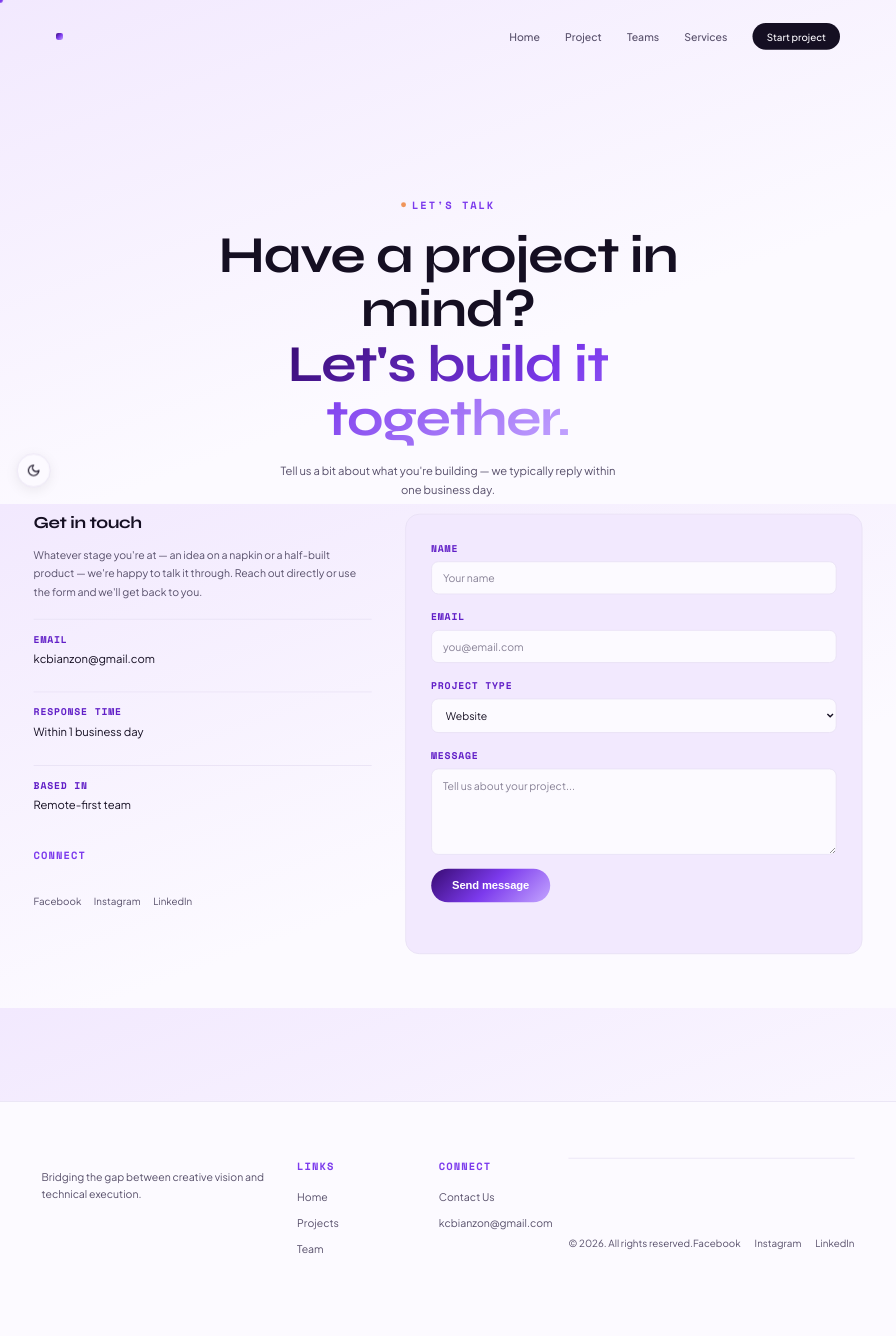
Repository: B4BTWO/Team-Portfolio
Page: contact.html
The author's editor kept a copy of each file at every save. The page is drawn from the files as they stood at one save, then again after the next save.
The browser window is 1280 px wide. The pictures show the whole page, at 70% of full size.
Backgrounds fixed to the window are drawn as part of the page.

Above is the page before, as saved 2026-07-21 19:37:23.

### contact.html
<!doctype html>
<html lang="en">
  <head>
    <meta charset="UTF-8" />
    <meta name="viewport" content="width=device-width, initial-scale=1.0" />
    <title>Contact</title>
    <link rel="preconnect" href="https://fonts.googleapis.com" />
    <link rel="preconnect" href="https://fonts.gstatic.com" crossorigin />
    <link
      href="https://fonts.googleapis.com/css2?family=Syne:wght@700;800&family=Plus+Jakarta+Sans:wght@400;500;600&family=Space+Mono:wght@400;700&display=swap"
      rel="stylesheet"
    />
    <link rel="stylesheet" href="style.css?v=1.3" />
    <link
      rel="stylesheet"
      href="https://cdn.jsdelivr.net/gh/devicons/devicon@latest/devicon.min.css"
    />
    <style>
      /* Instant, zero-JS curtain wipe animation on page load */
      .curtain-wipe {
        position: fixed;
        top: 0;
        left: -20vw;
        width: 140vw;
        height: 100vh;
        background: linear-gradient(
          135deg,
          #7c3aed 0%,
          #5b21b6 50%,
          #2e1065 100%
        );
        z-index: 99999;
        pointer-events: none;
        transform: translateX(0%) skewX(-12deg);
        animation: curtain-wipe-out 0.45s cubic-bezier(0.16, 1, 0.3, 1) forwards;
      }
      @keyframes curtain-wipe-out {
        0% {
          transform: translateX(0%) skewX(-12deg);
        }
        100% {
          transform: translateX(-100%) skewX(-12deg);
        }
      }
    </style>
    <script>
      if (localStorage.getItem("theme") === "dark") {
        document.documentElement.classList.add("dark-mode");
      }
    </script>
  </head>
  <body class="revealed">
    <!-- ============ NAV ============ -->
    <header class="navbar">
      <div class="logo">
        <a
          href="index.html"
          style="
            color: inherit;
            text-decoration: none;
            display: flex;
            align-items: center;
            gap: 8px;
          "
        >
          <span class="logo-mark"></span>
        </a>
      </div>
      <nav>
        <ul>
          <li><a href="index.html">Home</a></li>
          <li><a href="project.html">Project</a></li>
          <li><a href="teams.html">Teams</a></li>
          <li><a href="services.html">Services</a></li>
          <li><a href="contact.html" class="nav-cta">Start project</a></li>
        </ul>
      </nav>
    </header>

    <!-- ============ CONTACT ============ -->
    <section id="contact" class="reveal d4" style="margin-top: 140px">
      <div class="eyebrow mono" style="justify-content: center; display: flex">
        Let's talk
      </div>
      <h2>
        Have a project in mind?<br /><span class="accent"
          >Let's build it together.</span
        >
      </h2>
      <p class="contact-hero-sub">
        Tell us a bit about what you're building — we typically reply within one
        business day.
      </p>
    </section>

    <section id="contact-main" class="reveal d4" style="margin-bottom: 120px">
      <div class="contact-grid">
        <div class="contact-info">
          <h3>Get in touch</h3>
          <p>
            Whatever stage you're at — an idea on a napkin or a half-built
            product — we're happy to talk it through. Reach out directly or use
            the form and we'll get back to you.
          </p>

          <div class="contact-detail">
            <span class="contact-detail-label mono">Email</span>
            <a href="mailto:kcbianzon@gmail.com" class="contact-detail-value"
              >kcbianzon@gmail.com</a
            >
          </div>

          <div class="contact-detail">
            <span class="contact-detail-label mono">Response time</span>
            <span class="contact-detail-value">Within 1 business day</span>
          </div>

          <div class="contact-detail">
            <span class="contact-detail-label mono">Based in</span>
            <span class="contact-detail-value">Remote-first team</span>
          </div>

          <div class="footer-label" style="margin-top: 12px">Connect</div>
          <div class="contact-socials">
            <a href="#" aria-label="Facebook">Facebook</a>
            <a href="#" aria-label="Instagram">Instagram</a>
            <a href="#" aria-label="LinkedIn">LinkedIn</a>
          </div>
        </div>

        <form class="contact-form" id="contact-form" novalidate>
          <div class="form-row">
            <label for="name">Name</label>
            <input
              type="text"
              id="name"
              name="name"
              placeholder="Your name"
              required
            />
          </div>

          <div class="form-row">
            <label for="email">Email</label>
            <input
              type="email"
              id="email"
              name="email"
              placeholder="you@email.com"
              required
            />
          </div>

          <div class="form-row">
            <label for="project-type">Project type</label>
            <select id="project-type" name="project-type">
              <option value="Website">Website</option>
              <option value="UI/UX design">UI / UX design</option>
              <option value="Branding">Branding</option>
              <option value="Something else">Something else</option>
            </select>
          </div>

          <div class="form-row">
            <label for="message">Message</label>
            <textarea
              id="message"
              name="message"
              rows="5"
              placeholder="Tell us about your project..."
              required
            ></textarea>
          </div>

          <button type="submit" class="btn-primary contact-submit">
            Send message
          </button>
          <p
            class="form-status"
            id="form-status"
            role="status"
            aria-live="polite"
          ></p>
        </form>
      </div>
    </section>

    <!-- ============ FOOTER ============ -->
    <footer class="footer-section">
      <div class="footer-container">
        <div class="footer-brand-col">
          <p class="footer-brand-desc">
            Bridging the gap between creative vision and technical execution.
          </p>
        </div>
        <div class="footer-nav-col">
          <div class="footer-label">Links</div>
          <ul class="footer-links">
            <li><a href="index.html">Home</a></li>
            <li><a href="project.html">Projects</a></li>
            <li><a href="teams.html">Team</a></li>
          </ul>
        </div>
        <div class="footer-connect-col">
          <div class="footer-label">Connect</div>
          <ul class="footer-links">
            <li><a href="contact.html">Contact Us</a></li>
            <li>
              <a href="mailto:kcbianzon@gmail.com">kcbianzon@gmail.com</a>
            </li>
          </ul>
        </div>
      </div>
      <div class="footer-bottom">
        <div>© 2026. All rights reserved.</div>
        <div class="footer-socials">
          <a href="#" aria-label="Facebook">Facebook</a>
          <a href="#" aria-label="Instagram">Instagram</a>
          <a href="#" aria-label="LinkedIn">LinkedIn</a>
        </div>
      </div>
    </footer>

    <button class="theme-toggle" aria-label="Toggle dark mode">
      <svg
        class="sun-icon"
        xmlns="http://www.w3.org/2000/svg"
        width="20"
        height="20"
        viewBox="0 0 24 24"
        fill="none"
        stroke="currentColor"
        stroke-width="2"
        stroke-linecap="round"
        stroke-linejoin="round"
      >
        <circle cx="12" cy="12" r="4"></circle>
        <path d="M12 2v2"></path>
        <path d="M12 20v2"></path>
        <path d="M4.93 4.93l1.41 1.41"></path>
        <path d="M17.66 17.66l1.41 1.41"></path>
        <path d="M2 12h2"></path>
        <path d="M20 12h2"></path>
        <path d="M6.34 17.66l-1.41 1.41"></path>
        <path d="M19.07 4.93l-1.41 1.41"></path>
      </svg>
      <svg
        class="moon-icon"
        xmlns="http://www.w3.org/2000/svg"
        width="20"
        height="20"
        viewBox="0 0 24 24"
        fill="none"
        stroke="currentColor"
        stroke-width="2"
        stroke-linecap="round"
        stroke-linejoin="round"
      >
        <path d="M12 3a6 6 0 0 0 9 9 9 9 0 1 1-9-9Z"></path>
      </svg>
    </button>
    <div class="custom-cursor"></div>
    <div class="curtain-wipe"></div>

    <script src="script.js?v=1.3"></script>
  </body>
</html>

Loaded but not shown: script.js (674 lines, source omitted); style.css (2627 lines, source omitted)

After the next save:
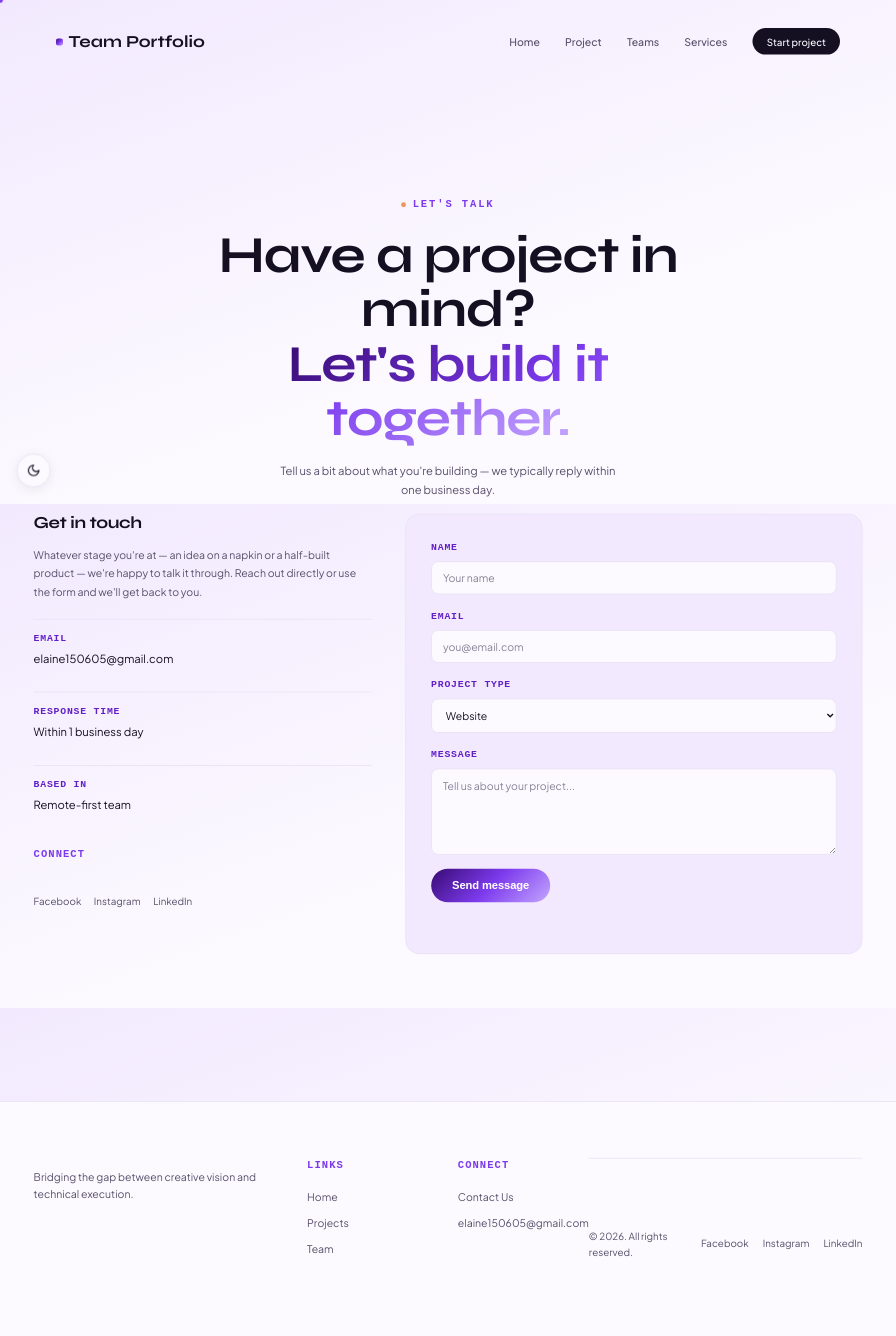
Saved 2 s later.
--- a/contact.html
+++ b/contact.html
@@ -7,7 +7,7 @@
     <link rel="preconnect" href="https://fonts.googleapis.com" />
     <link rel="preconnect" href="https://fonts.gstatic.com" crossorigin />
     <link
-      href="https://fonts.googleapis.com/css2?family=Syne:wght@700;800&family=Plus+Jakarta+Sans:wght@400;500;600&family=Space+Mono:wght@400;700&display=swap"
+      href="https://fonts.googleapis.com/css2?family=Syne:wght@700;800&family=Plus+Jakarta+Sans:wght@400;500;600;700&family=JetBrains+Mono:wght@400;500;600;700&display=swap"
       rel="stylesheet"
     />
     <link rel="stylesheet" href="style.css?v=1.3" />
@@ -63,7 +63,7 @@
             gap: 8px;
           "
         >
-          <span class="logo-mark"></span>
+          <span class="logo-mark"></span>Team Portfolio
         </a>
       </div>
       <nav>
@@ -105,8 +105,8 @@
 
           <div class="contact-detail">
             <span class="contact-detail-label mono">Email</span>
-            <a href="mailto:kcbianzon@gmail.com" class="contact-detail-value"
-              >kcbianzon@gmail.com</a
+            <a href="mailto:elaine150605@gmail.com" class="contact-detail-value"
+              >elaine150605@gmail.com</a
             >
           </div>
 
@@ -206,7 +206,7 @@
           <ul class="footer-links">
             <li><a href="contact.html">Contact Us</a></li>
             <li>
-              <a href="mailto:kcbianzon@gmail.com">kcbianzon@gmail.com</a>
+              <a href="mailto:elaine150605@gmail.com">elaine150605@gmail.com</a>
             </li>
           </ul>
         </div>
